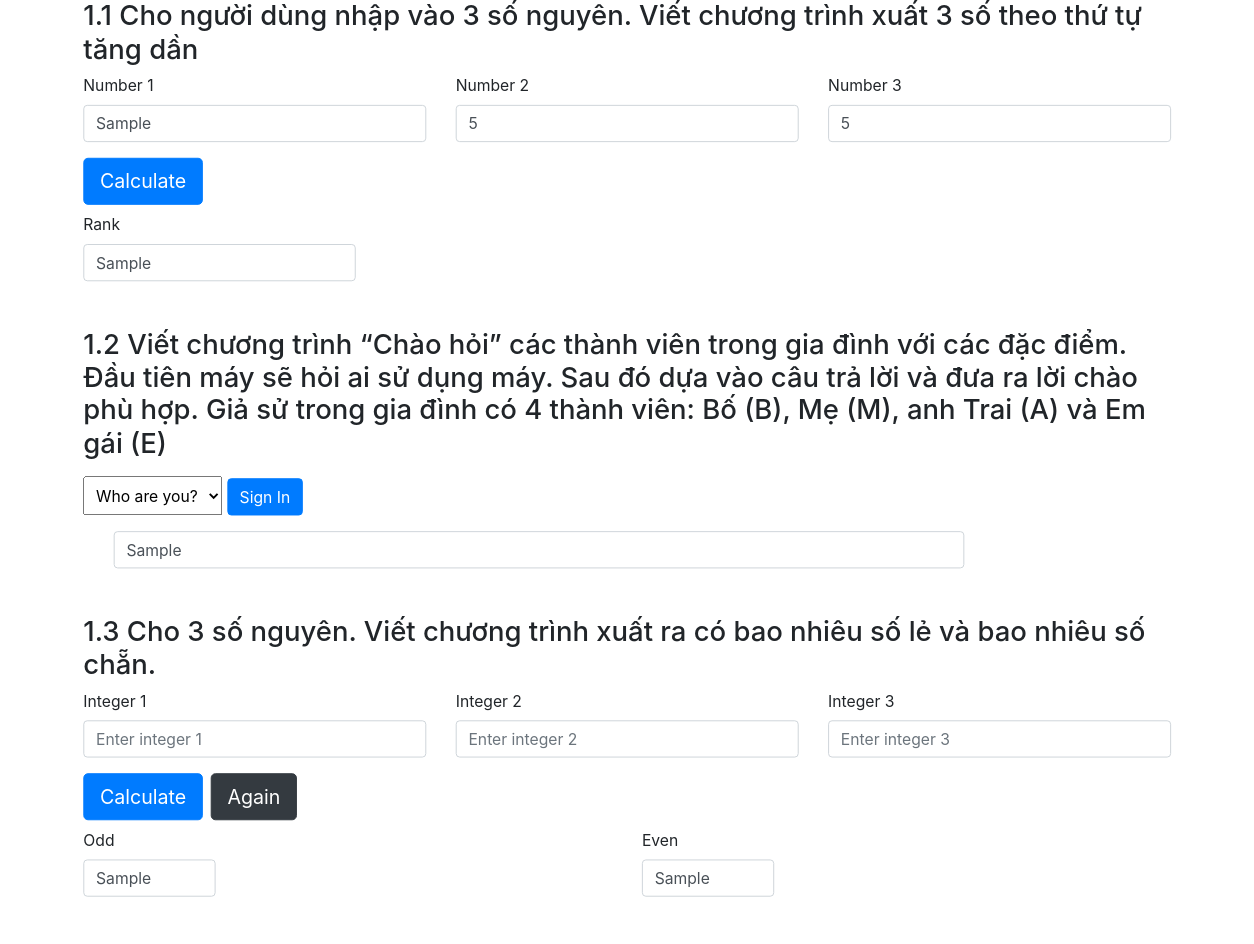
Repository: baobaodeveloper/bootscamp21__jsbasic__HuynhAnhBao
Page: index.html
These files come from the project's save history. The page is drawn as it stood at one moment and after the next save; the edit follows.
The browser window is 1280 px wide. The pictures show the whole page, at 98% of full size.
Empty fields were first filled with sample values (such as "Sample", 5 or name@example.com).
After loading, the first visible `button.btn-light` was clicked once.

Above is the page before, as saved 2022-03-10 19:09:14.

### index.html
<!DOCTYPE html>
<html lang="en">
  <head>
    <title>javaScript basic</title>
    <!-- Required meta tags -->
    <meta charset="utf-8" />
    <meta
      name="viewport"
      content="width=device-width, initial-scale=1, shrink-to-fit=no"
    />

    <!-- Bootstrap CSS -->
    <link
      rel="stylesheet"
      href="https://stackpath.bootstrapcdn.com/bootstrap/4.3.1/css/bootstrap.min.css"
      integrity="sha384-ggOyR0iXCbMQv3Xipma34MD+dH/1fQ784/j6cY/iJTQUOhcWr7x9JvoRxT2MZw1T"
      crossorigin="anonymous"
    />
  </head>
  <body>
    <!-- Cho người dùng nhập vào 3 số nguyên. Viết chương trình xuất 3 số theo thứ tự tăng dần -->
    <div class="container mb-xl-5">
      <h3>
        1.1 Cho người dùng nhập vào 3 số nguyên. Viết chương trình xuất 3 số
        theo thứ tự tăng dần
      </h3>

      <div class="row">
        <div class="col">
          <label class="form-label">Number 1</label>
          <input
            type="text"
            class="form-control num1"
            placeholder="Enter number 1"
          />
        </div>
        <div class="col">
          <label class="form-label">Number 2</label>
          <input
            type="number"
            class="form-control num2"
            placeholder="Enter number 2"
          />
        </div>
        <div class="col">
          <label class="form-label">Number 3</label>
          <input
            type="number"
            class="form-control num3"
            placeholder="Enter number 3"
          />
        </div>
      </div>

      <button type="button " class="btn btn-primary btn-lg mt-3 mb-2 btn-rank">
        Calculate
      </button>

      <div class="mt-3 m-auto">
        <label class="form-label">Rank</label>
        <input type="text" class="form-control w-25 result1" />
      </div>
    </div>

    <!-- Viết chương trình “Chào hỏi” các thành viên trong gia đình với các đặc điểm. Đầu tiên máy
    sẽ hỏi ai sử dụng máy. Sau đó dựa vào câu trả lời và đưa ra lời chào phù hợp. Giả sử trong
    gia đình có 4 thành viên: Bố (B), Mẹ (M), anh Trai (A) và Em gái (E) -->
    <div class="container mb-5">
      <h3 class="mb-3">
        1.2 Viết chương trình “Chào hỏi” các thành viên trong gia đình với các
        đặc điểm. Đầu tiên máy sẽ hỏi ai sử dụng máy. Sau đó dựa vào câu trả lời
        và đưa ra lời chào phù hợp. Giả sử trong gia đình có 4 thành viên: Bố
        (B), Mẹ (M), anh Trai (A) và Em gái (E)
      </h3>

      <select class="form-select p-2" aria-label="Default select example">
        <option selected>Who are you?</option>
        <option value="M">M</option>
        <option value="B">B</option>
        <option value="A">A</option>
        <option value="E">E</option>
      </select>

      <button type="button" class="btn btn-primary btn-sign-in">Sign In</button>

      <div class="m-3 row">
        <div class="col-sm-10">
          <input
            type="text"
            class="form-control output-sign-in"
            id="inputPassword"
          />
        </div>
      </div>
    </div>

    <!--  1.3 Cho 3 số nguyên. Viết chương trình xuất ra có bao nhiêu số lẻ và bao nhiêu số chẵn.-->
    <div class="container mb-xl-5">
      <h3>
        1.3 Cho 3 số nguyên. Viết chương trình xuất ra có bao nhiêu số lẻ và bao
        nhiêu số chẵn.
      </h3>

      <div class="row">
        <div class="col">
          <label class="form-label">Integer 1</label>
          <input
            type="text"
            class="form-control integer1"
            placeholder="Enter integer 1"
          />
        </div>
        <div class="col">
          <label class="form-label">Integer 2</label>
          <input
            type="number"
            class="form-control integer2"
            placeholder="Enter integer 2"
          />
        </div>
        <div class="col">
          <label class="form-label">Integer 3</label>
          <input
            type="number"
            class="form-control integer3"
            placeholder="Enter integer 3"
          />
        </div>
      </div>

      <div class="d-flex">
        <button
          type="button"
          class="btn btn-primary btn-lg mt-3 mb-2 btn-integer mr-2"
        >
          Calculate
        </button>

        <button
          type="button "
          class="btn btn-light btn-lg mt-3 mb-2 btn-dark btn-again-integer"
        >
          Again
        </button>
      </div>

      <div class="row">
        <div class="mt-3 m-auto col">
          <label class="form-label">Odd</label>
          <input type="text" class="form-control w-25 outputOdd" />
        </div>
        <div class="mt-3 m-auto col">
          <label class="form-label">Even</label>
          <input type="text" class="form-control w-25 outputEven" />
        </div>
      </div>
    </div>

    <!-- Optional JavaScript -->
    <!-- jQuery first, then Popper.js, then Bootstrap JS -->
    <script
      src="https://code.jquery.com/jquery-3.3.1.slim.min.js"
      integrity="sha384-q8i/X+965DzO0rT7abK41JStQIAqVgRVzpbzo5smXKp4YfRvH+8abtTE1Pi6jizo"
      crossorigin="anonymous"
    ></script>
    <script
      src="https://cdnjs.cloudflare.com/ajax/libs/popper.js/1.14.7/umd/popper.min.js"
      integrity="sha384-UO2eT0CpHqdSJQ6hJty5KVphtPhzWj9WO1clHTMGa3JDZwrnQq4sF86dIHNDz0W1"
      crossorigin="anonymous"
    ></script>
    <script
      src="https://stackpath.bootstrapcdn.com/bootstrap/4.3.1/js/bootstrap.min.js"
      integrity="sha384-JjSmVgyd0p3pXB1rRibZUAYoIIy6OrQ6VrjIEaFf/nJGzIxFDsf4x0xIM+B07jRM"
      crossorigin="anonymous"
    ></script>

    <!-- <script src="exercise1.js"></script> -->
    <!-- <script src="exercise2.js"></script> -->
    <script src="exercise3.js"></script>
  </body>
</html>

### exercise3.js
const interger1 = document.querySelector(".integer1");
const interger2 = document.querySelector(".integer2");
const interger3 = document.querySelector(".integer3");
const btnInteger = document.querySelector(".btn-integer");
const outputOdd = document.querySelector(".outputOdd");
const outputEven = document.querySelector(".outputEven");
const btnAgainInteger = document.querySelector(".btn-again-integer");
btnInteger.addEventListener("click", () => {
  let odd = 0;
  let even = 0;

  +interger1.value % 2 === 0 ? even++ : odd++;

  +interger2.value % 2 === 0 ? even++ : odd++;

  +interger3.value % 2 === 0 ? even++ : odd++;

  outputOdd.value = odd;
  outputEven.value = even;
});

btnAgainInteger.addEventListener("click", () => {
  interger1.value = "";
  interger2.value = "";
  interger3.value = "";
});

After the next save:
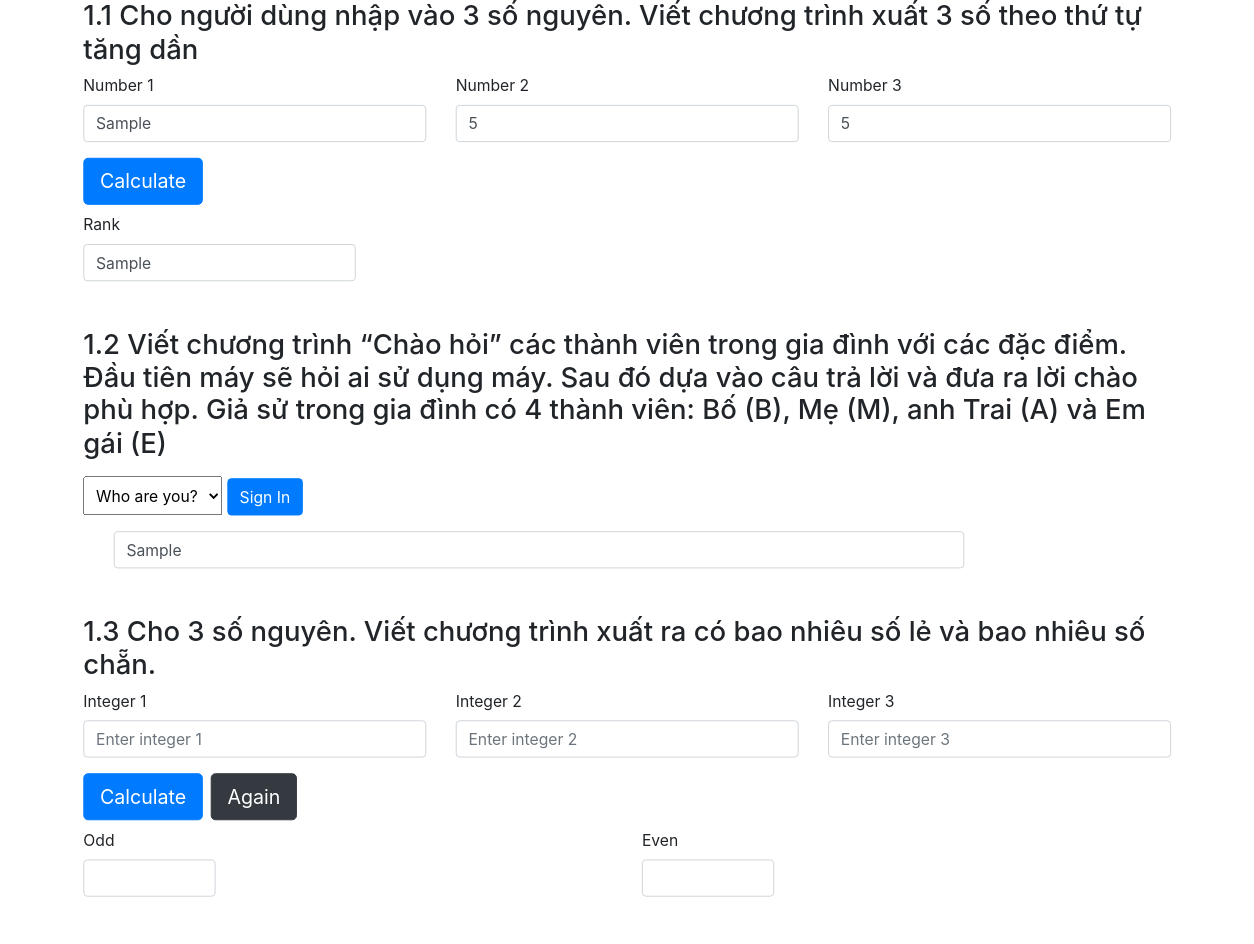
Saved 33 s later.
--- a/exercise3.js
+++ b/exercise3.js
@@ -23,4 +23,7 @@ btnAgainInteger.addEventListener("click", () => {
   interger1.value = "";
   interger2.value = "";
   interger3.value = "";
+
+  outputOdd.value = "";
+  outputEven.value = "";
 });
